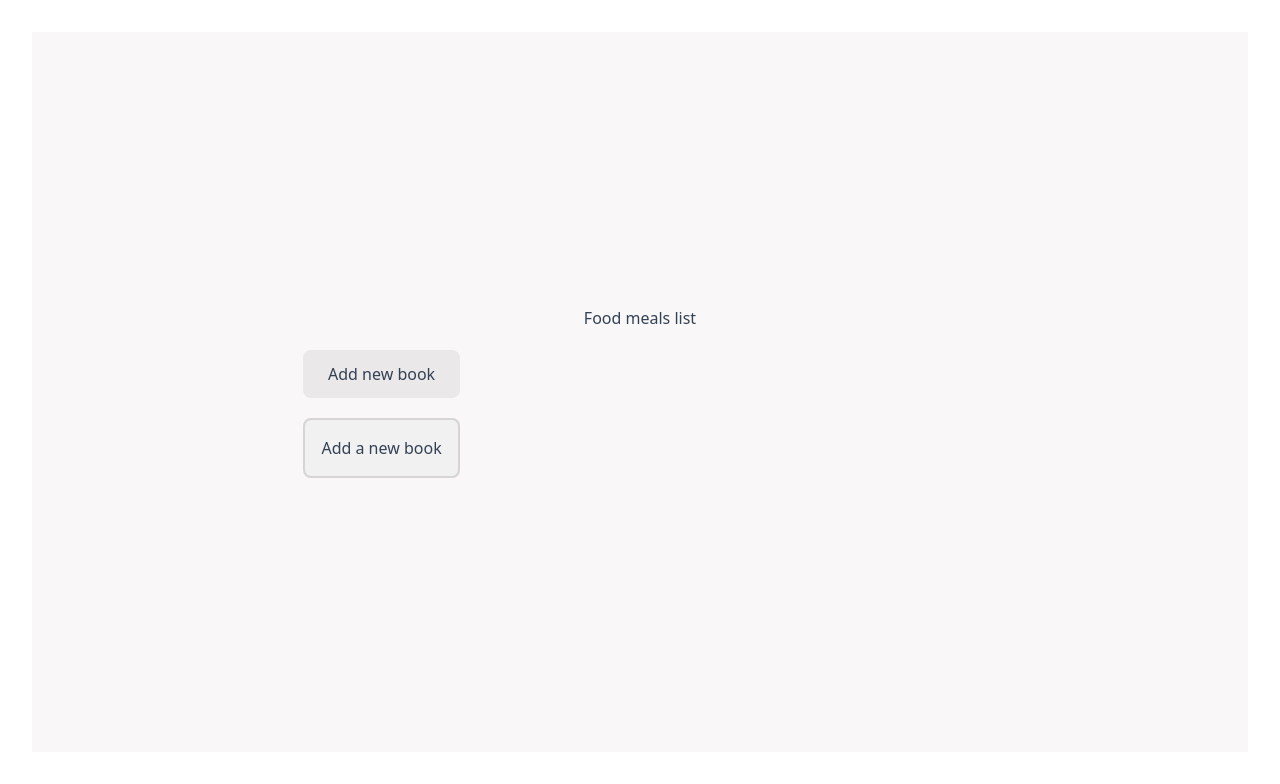
Repository: Vasil1001/fullstack-nutrition-tracker
Page: / (app in frontend/)
These files come from the project's save history. The page is drawn as it stood at one moment and after the next save; the edit follows.
The browser window is 1280 px wide. The pictures show the whole page.
The page's requests for data from a server got no answer. The project was rebuilt for these pictures with package versions that can differ from the ones it lists, and the page was loaded fresh each time. No one was signed in, and anything a server would have sent is missing. Also part of the build but not shown: frontend/vite.config.js, frontend/src/pages/Add.jsx, frontend/src/pages/Update.jsx.

Above is the page before, as saved 2023-05-21 19:08:01.

After the next save:
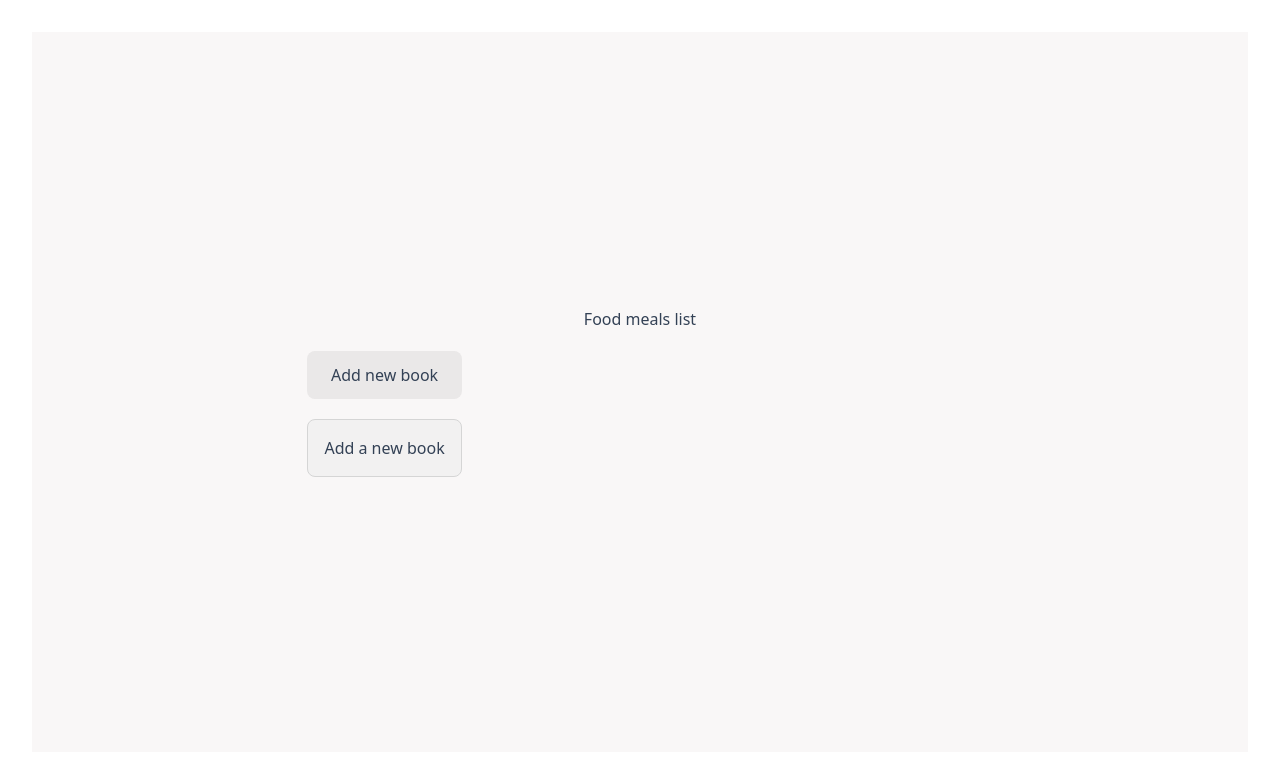
Saved 11 s later.
--- a/frontend/src/pages/Books.jsx
+++ b/frontend/src/pages/Books.jsx
@@ -35,7 +35,7 @@ export default function Books() {
       </div>
 
       <div className="mx-auto mt-5 grid grid-cols-4 items-center justify-center gap-4">
-    <button className="min-h-full rounded-lg border-2 border-[#d5d5d5] bg-[#f2f1f1] p-4 hover:bg-[#e8e8e8]">
+    <button className="min-h-full rounded-lg border border-[#d5d5d5] bg-[#f2f1f1] p-4 hover:bg-[#e8e8e8]">
           <Link to="/add">Add a new book</Link>
         </button>
         {books.map((book) => (
